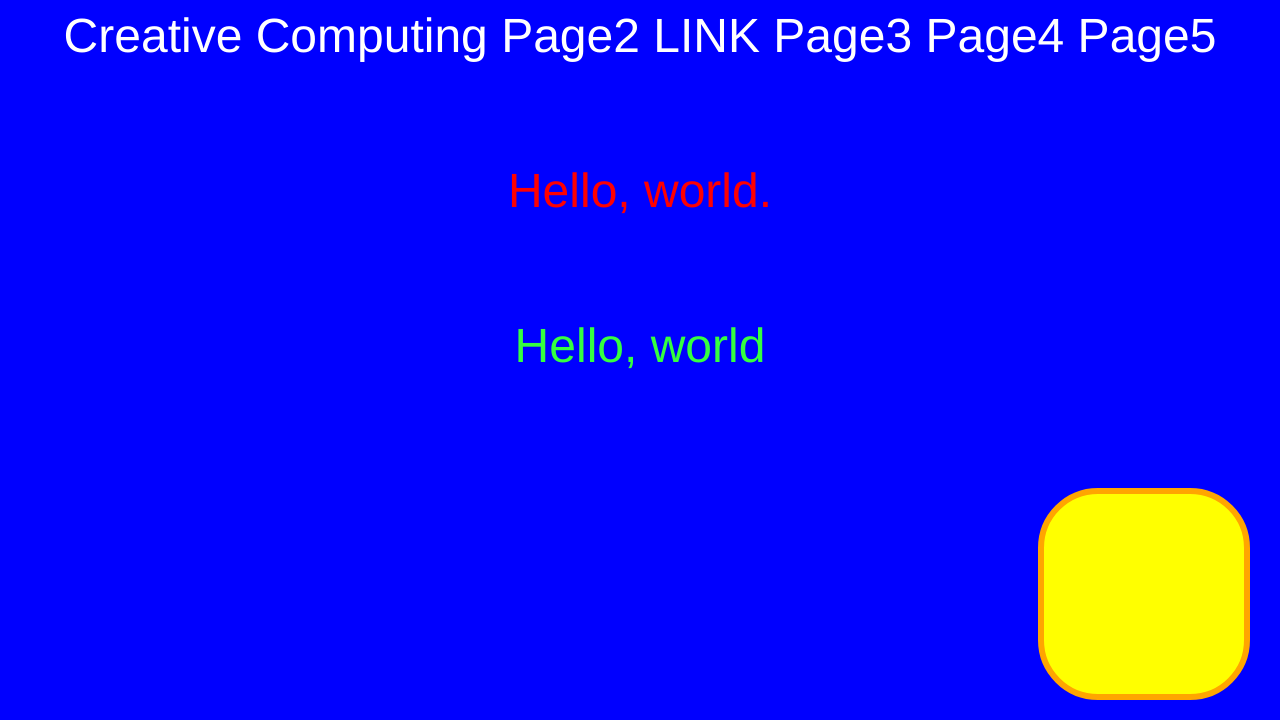
Repository: hanj291/hanj291.github.io
Page: index.html
The author's editor kept a record of every edit. The page is drawn from the files as they stood at one moment, then again after the next edit.
The browser window is 1280 px wide. The pictures show the whole page.

Above is the page before.

### index.html
<!DOCTYPE html>
<html>
	<head>
		<title>Hello, world.</title>
		<link href="styles.css" rel="stylesheet">
	</head>
	<body>

	<a href="http://creativecomputing.me">Creative
	Computing</a>
	<a href="page2.html">Page2 LINK</a>
	<a href="page3.html">Page3</a>
	<a href="page4.html">Page4</a>
	<a href="page5.html">Page5</a>
	<div class="one">


	</div>
		<p>Hello, world.</p>
		<p class= "paragraph2">Hello, world</p>
	</body>
</html>

### styles.css
body {
    background-color: blue;
    color: red;
    font-size: 48px;
    font-family: Helvetica, Arial, sans-serif;
    text-align: center;

}

p {
    margin: 100px;
}

.paragraph2 {
    color: #35ff3f;
}

.one {
    width: 200px;
    height: 200px;
    background-color: yellow;
    position: fixed;
    bottom: 20px;
    right: 30px;
    border-radius: 60px;
        border: solid orange 6px;
}

.one:hover {
    background-color: lime;
}

a:link {
    color: white;
    text-decoration: none;
}

a:visited {
    color: black;
}

a:hover {
    color: red;
}

After the next edit:
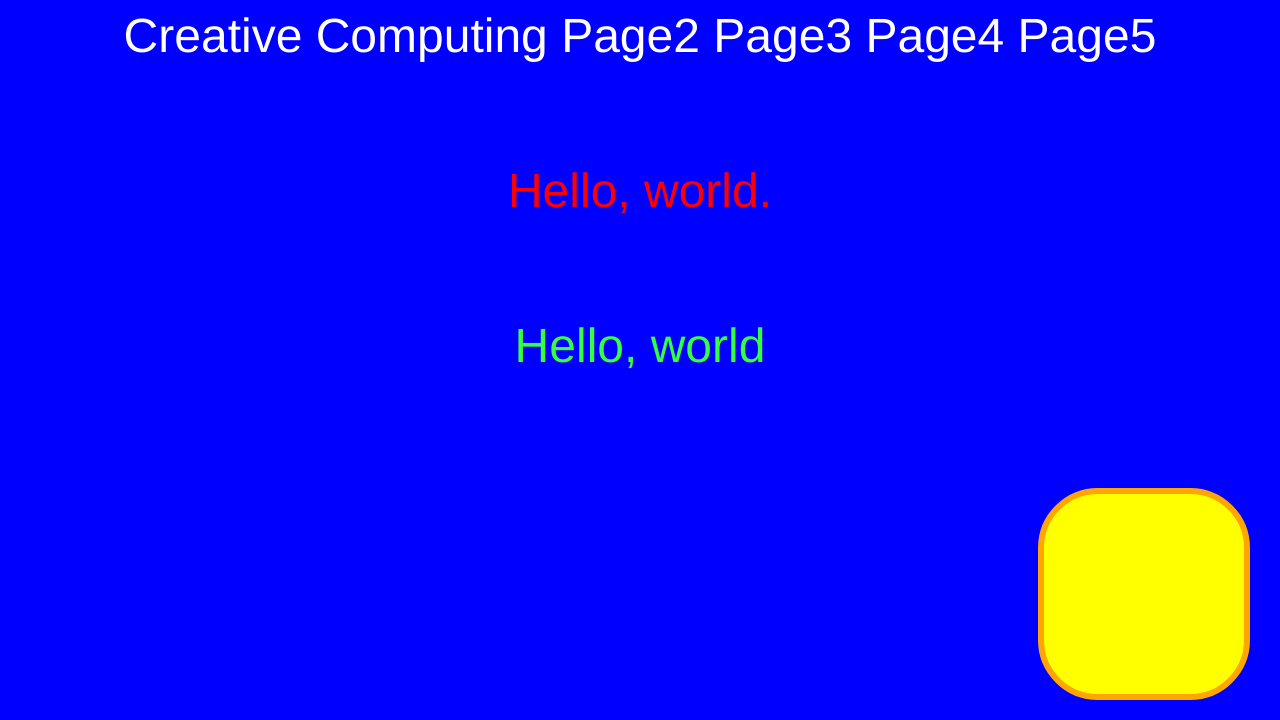
The edit:
--- a/index.html
+++ b/index.html
@@ -8,7 +8,7 @@
 
 	<a href="http://creativecomputing.me">Creative
 	Computing</a>
-	<a href="page2.html">Page2 LINK</a>
+	<a href="page2.html">Page2</a>
 	<a href="page3.html">Page3</a>
 	<a href="page4.html">Page4</a>
 	<a href="page5.html">Page5</a>
